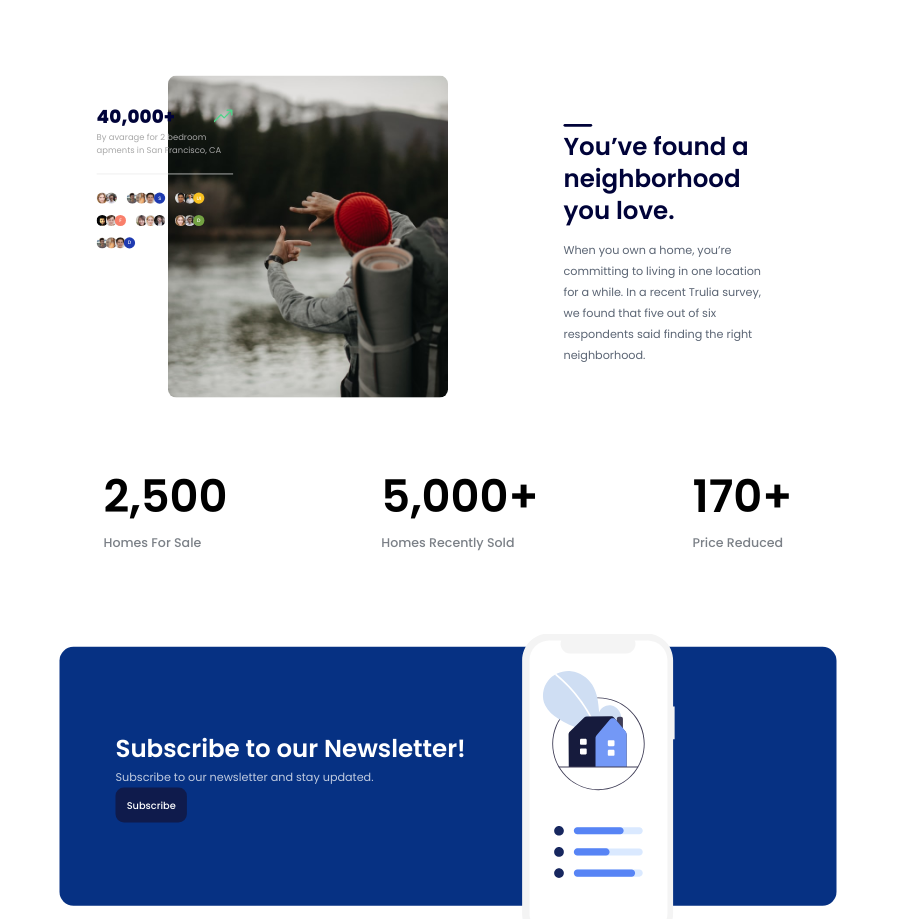
Repository: datvu1608/dv-htmlcss-01
Page: index.html
These files come from the project's save history. The page is drawn as it stood at one moment and after the next save; the edit follows.
The browser window is 1280 px wide. The page is 1295 px wide, so the pictures cover 1295 px, including what lies to the right of the window. The pictures show the part of the page from y = 2530 to 4410 px (the page is 3843 px tall before and 4410 px after), at 70% of full size.

Above is the page before, as saved 2023-06-13 16:21:59.

After the next save:
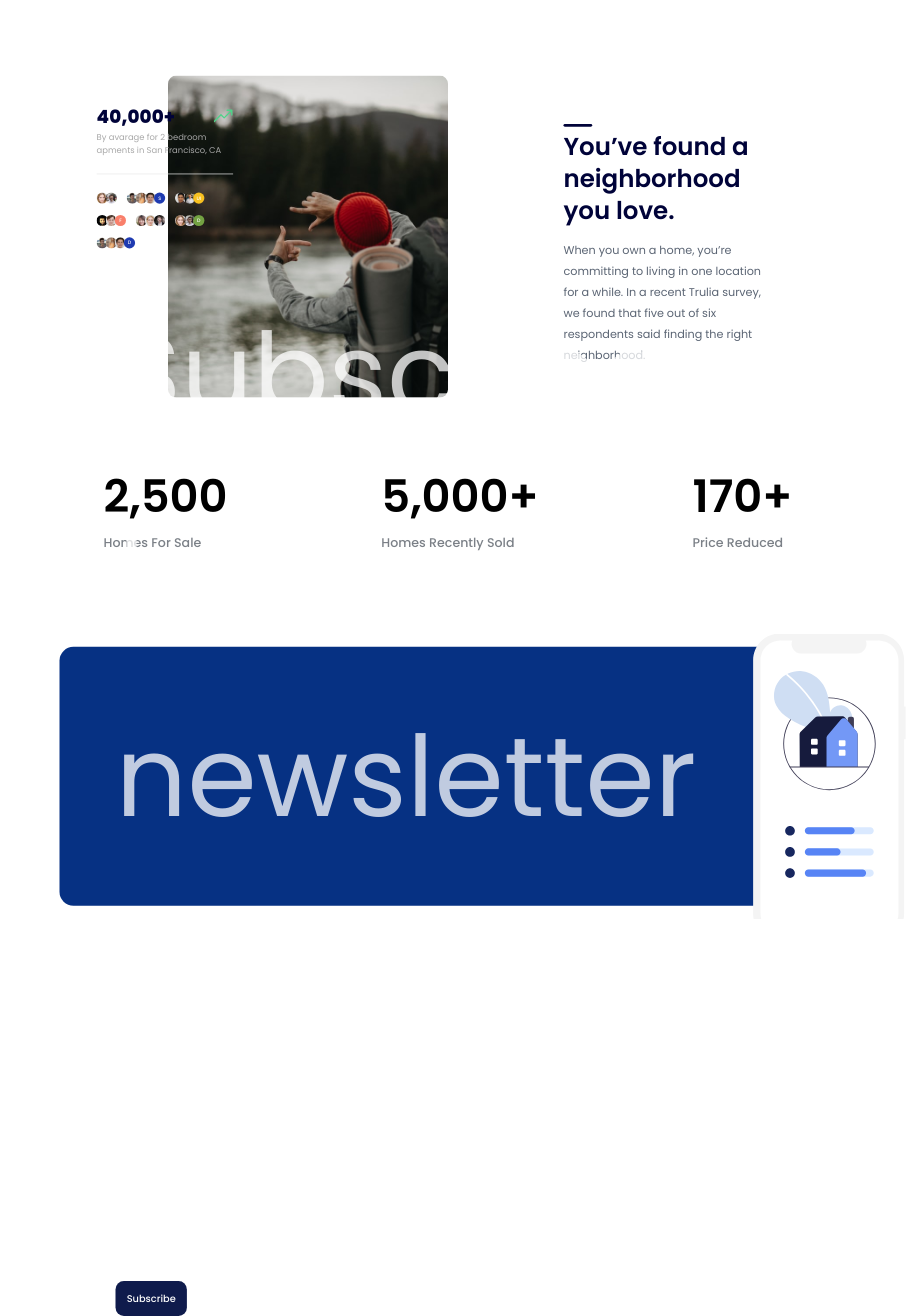
Saved 10 s later.
--- a/assets/css/style.css
+++ b/assets/css/style.css
@@ -461,7 +461,7 @@
 }
 .subcription .desc {
   font-weight: 400;
-  font-size: 16px;
+  font-size: 16rem;
   line-height: 1.8;
   color: #ffffff;
   opacity: 0.75;

After the save that followed:
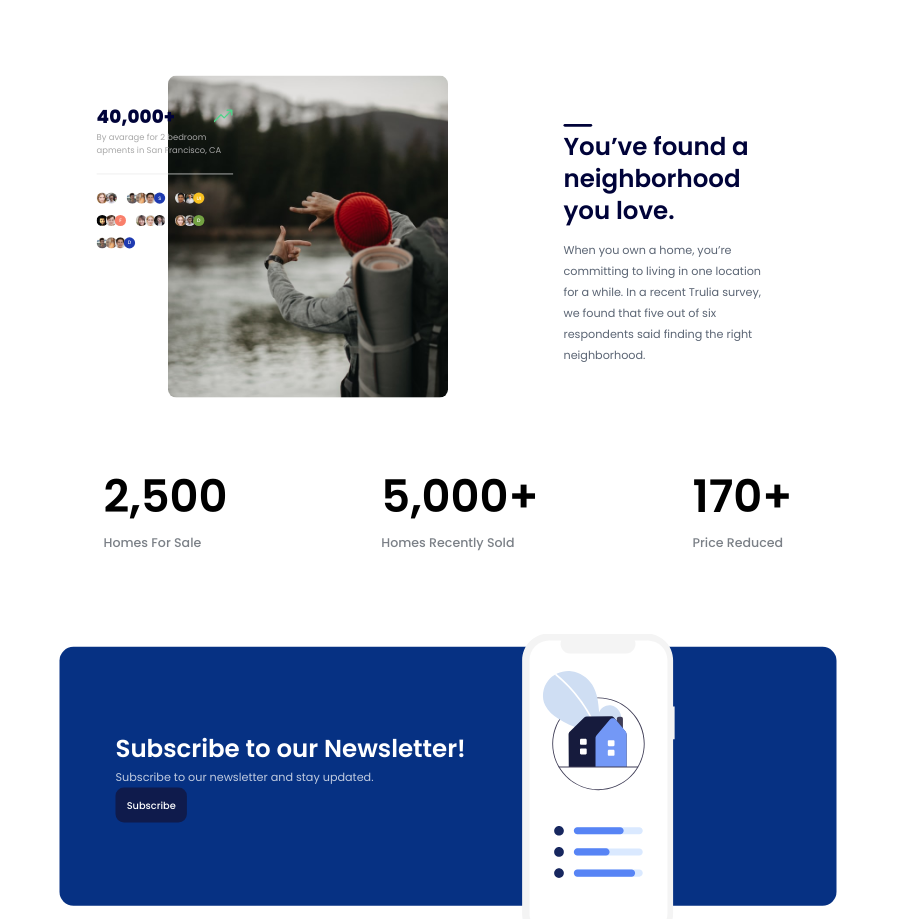
Saved 4 s later.
--- a/assets/css/style.css
+++ b/assets/css/style.css
@@ -461,7 +461,7 @@
 }
 .subcription .desc {
   font-weight: 400;
-  font-size: 16rem;
+  font-size: 1.6rem;
   line-height: 1.8;
   color: #ffffff;
   opacity: 0.75;
